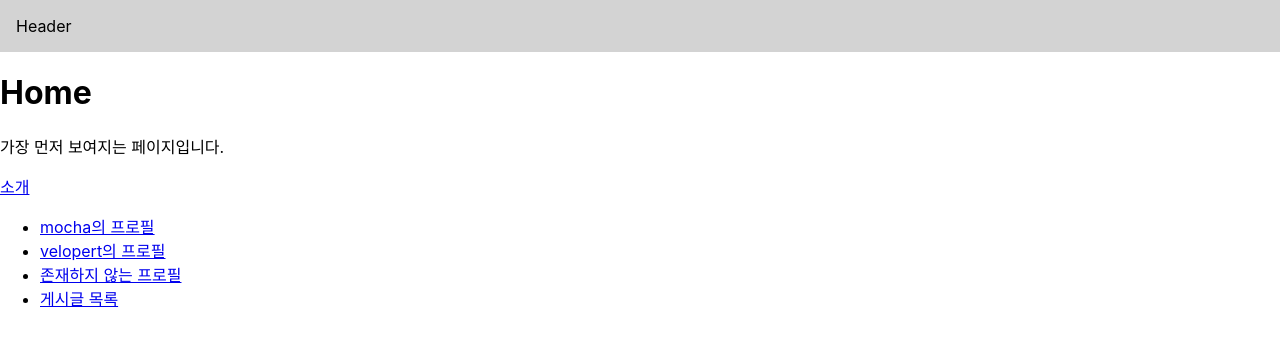
Repository: parkhyeonki/react-router_practice
Page: /
An editor plug-in stored every save of this project. The page is shown before and after a run of saves, followed by the edit.
The browser window is 1280 px wide. The pictures show the whole page.
The project was rebuilt for these pictures with package versions that can differ from the ones it lists, and the page was loaded fresh each time. Also part of the build but not shown: src/App.css, src/pages/About.js, src/pages/Profile.js, src/pages/Articles.js, src/pages/Article.js.

Above is the page before, as saved 2022-05-18 15:54:37.

### src/App.js
import "./App.css";
import { Route, Routes } from "react-router-dom";
import Home from "./pages/Home";
import About from "./pages/About";
import Profile from "./pages/Profile";
import Articles from "./pages/Articles";
import Article from "./pages/Article";
import Layout from "./Layout";

function App() {
  return (
    <Routes>
      <Route path="/" element={<Layout />}>
        <Route index element={<Home />} />
        <Route path="/about" element={<About />} />
        <Route path="/profiles/:username" element={<Profile />} />
      </Route>
      <Route path="/articles/" element={<Articles />}>
        <Route path=":id" element={<Article />} />
      </Route>
    </Routes>
  );
}

export default App;

### src/pages/Home.js
import React from "react";
import { Link } from "react-router-dom";
const Home = () => {
  return (
    <div>
      <h1>Home</h1>
      <p>가장 먼저 보여지는 페이지입니다.</p>
      <Link to="/about">소개</Link>
      <ul>
        <li>
          <Link to="/profiles/mocha">mocha의 프로필</Link>
        </li>
        <li>
          <Link to="/profiles/velopert">velopert의 프로필</Link>
        </li>
        <li>
          <Link to="/profiles/void">존재하지 않는 프로필</Link>
        </li>
        <li>
          <Link to="/articles">게시글 목록</Link>
        </li>
      </ul>
    </div>
  );
};

export default Home;

### src/Layout.js
import React from "react";
import { Outlet, useNavigate } from "react-router-dom";

const Layout = () => {
  const navigate = useNavigate();

  const goBack = () => {
    navigate("/articles");
  };

  return (
    <div>
      <header style={{ background: "lightgray", padding: 16, fontsize: 24 }}>Header</header>
      <main>
        <Outlet />
      </main>
    </div>
  );
};

export default Layout;

Loaded but not shown: public/index.html (common file); src/index.js (common file); src/index.css (common file); src/reportWebVitals.js (common file)

After the next 2 saves:
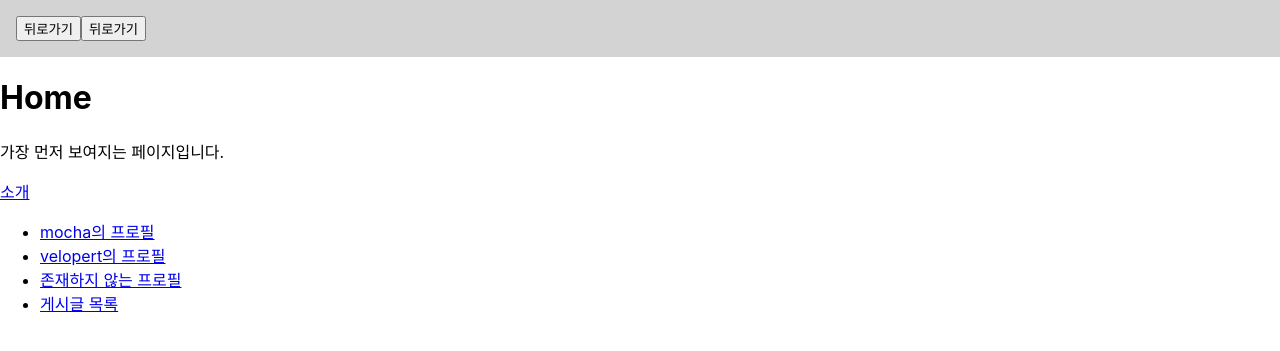
The 2 saves are shown as one change because 1 did not build or start.
The last was saved 91 s later.
--- a/src/Layout.js
+++ b/src/Layout.js
@@ -5,12 +5,19 @@ const Layout = () => {
   const navigate = useNavigate();
 
   const goBack = () => {
+    navigate(-1);
+  };
+
+  const goArticles = () => {
     navigate("/articles");
   };
 
   return (
     <div>
-      <header style={{ background: "lightgray", padding: 16, fontsize: 24 }}>Header</header>
+      <header style={{ background: "lightgray", padding: 16, fontsize: 24 }}>
+        <button onClick={goBack}>뒤로가기</button>
+        <button onClick={goArticles}>뒤로가기</button>
+      </header>
       <main>
         <Outlet />
       </main>
